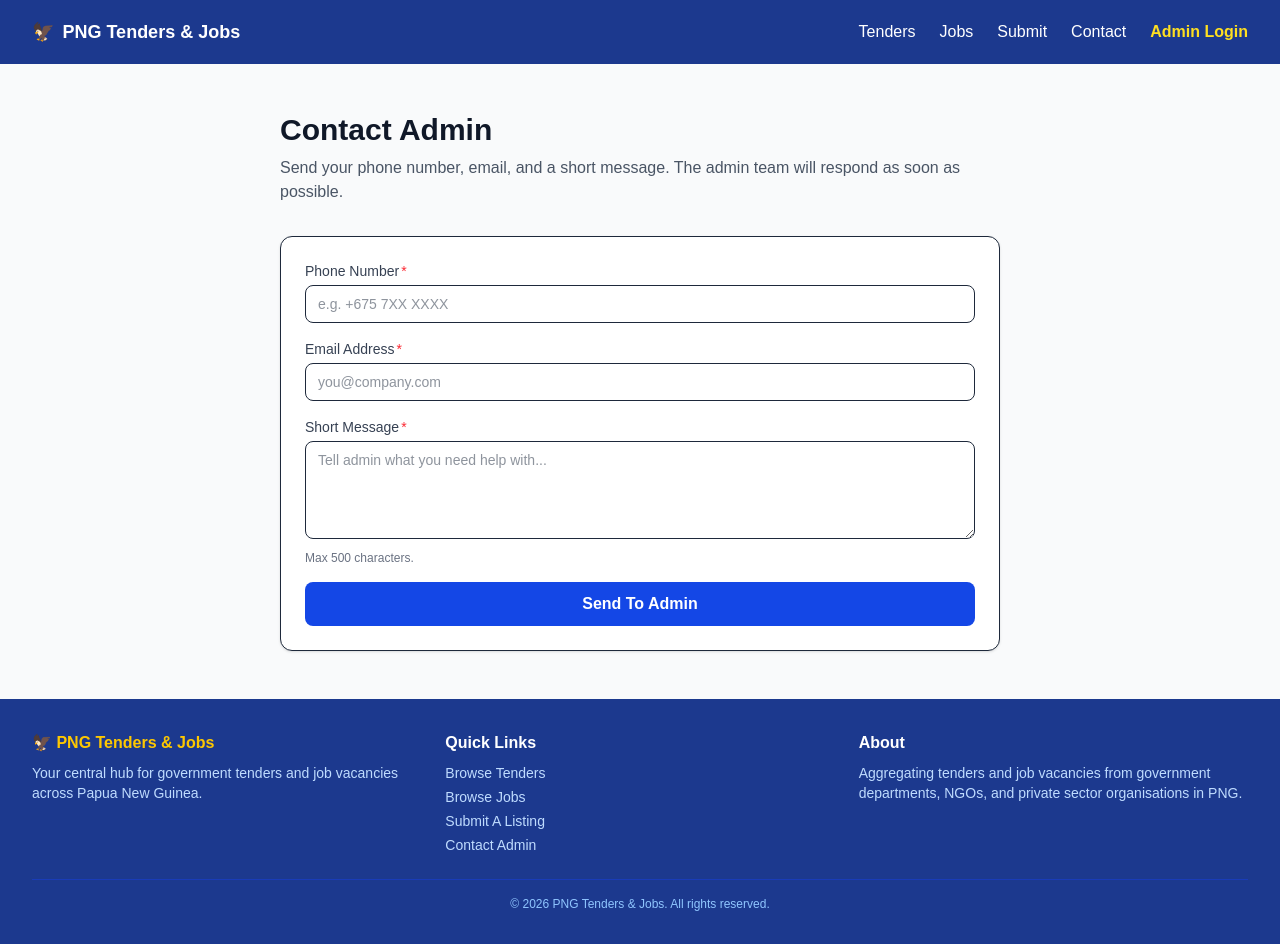
Repository: krazysoundsproduction-bit/Tender-Website
Page: /contact
An editor plug-in stored every save of this project. The page is shown before and after the next save, followed by the edit.
The browser window is 1280 px wide. The pictures show the whole page.
The page's requests for data from a server got no answer. The project was rebuilt for these pictures with package versions that can differ from the ones it lists, and the page was loaded fresh each time. The framework's server and built-in components were replaced by stand-ins that run in the browser. No one was signed in, and anything a server would have sent is missing. Also part of the build but not shown: next.config.ts.

Above is the page before, as saved 2026-07-25 11:43:16.

After the next save:
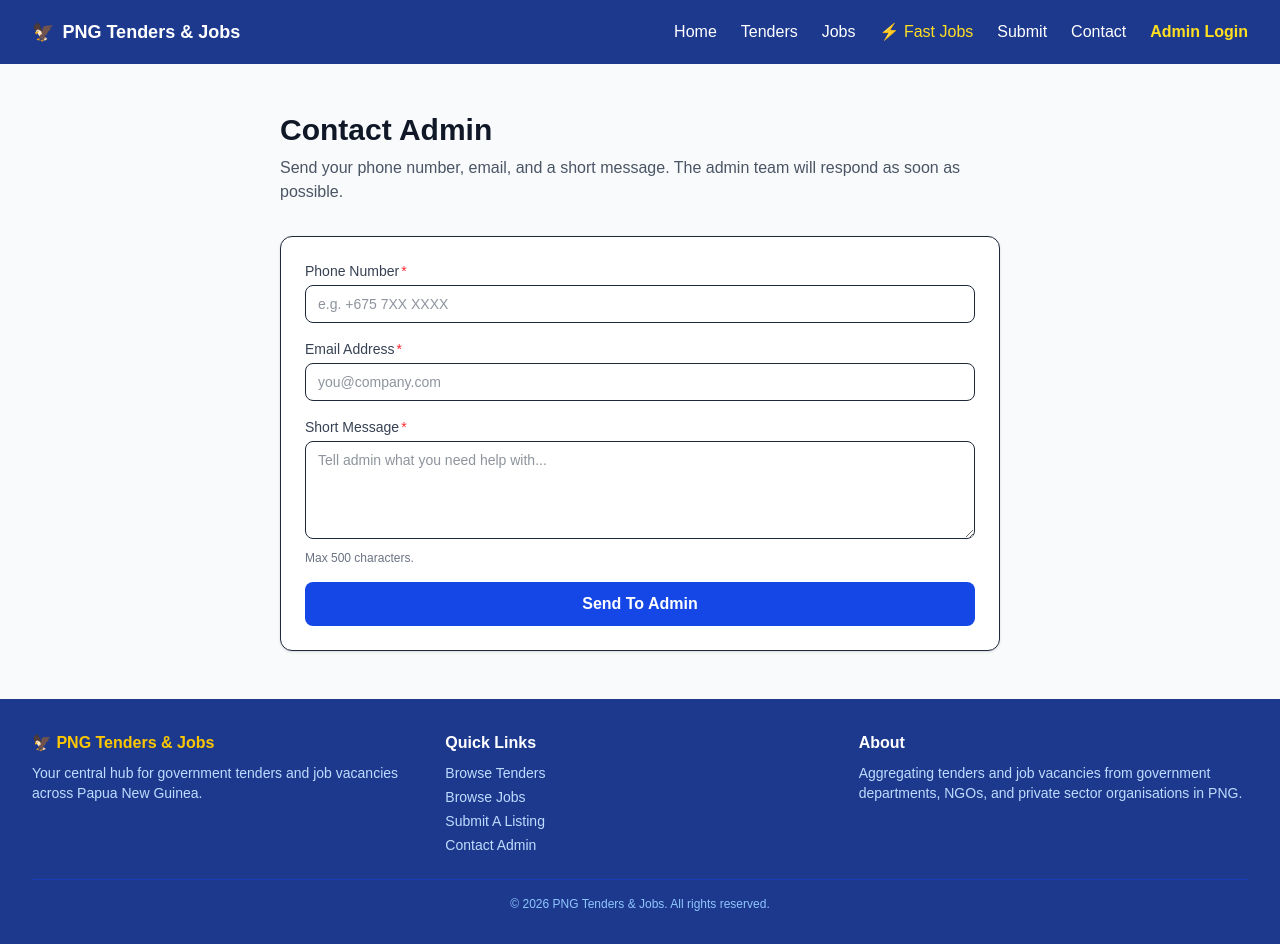
Saved 4 min 12 s later.
--- a/components/layout/Navbar.tsx
+++ b/components/layout/Navbar.tsx
@@ -38,6 +38,12 @@ export default async function Navbar() {
           </Link>
           <div className="flex items-center gap-4 sm:gap-6">
             <Link
+              href="/"
+              className="text-sm sm:text-base hover:text-yellow-400 transition-colors"
+            >
+              Home
+            </Link>
+            <Link
               href="/tenders"
               className="text-sm sm:text-base hover:text-yellow-400 transition-colors"
             >
@@ -48,6 +54,12 @@ export default async function Navbar() {
               className="text-sm sm:text-base hover:text-yellow-400 transition-colors"
             >
               Jobs
+            </Link>
+            <Link
+              href="/jobs?isFastJob=1"
+              className="text-sm sm:text-base hover:text-yellow-400 transition-colors font-medium text-yellow-300 hover:text-yellow-200"
+            >
+              ⚡ Fast Jobs
             </Link>
             <Link
               href="/submit"
